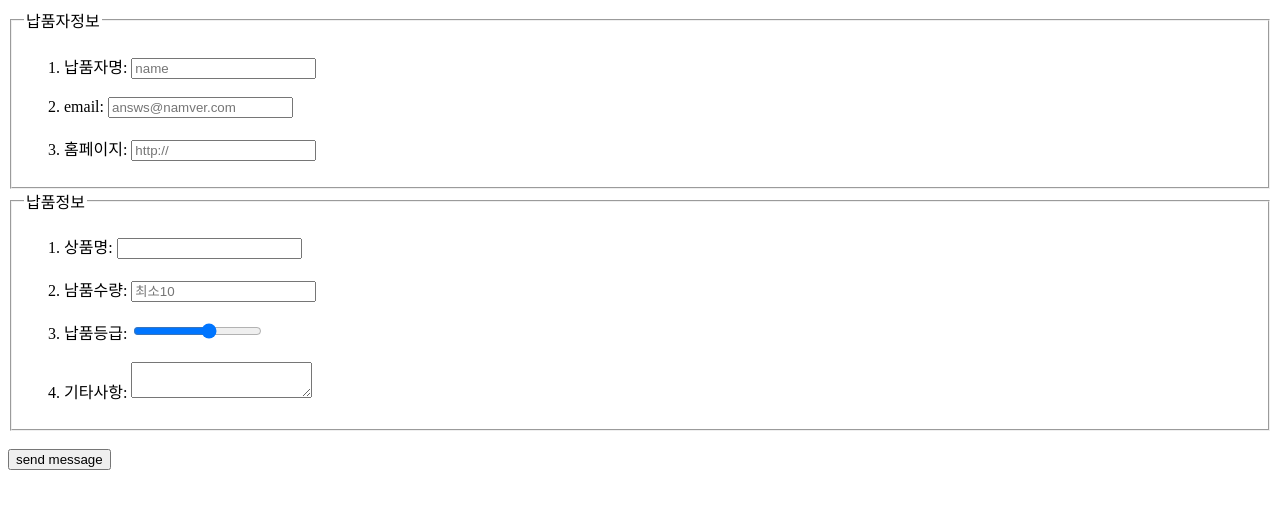
Repository: giwon8701/Qclass_KH
Page: Workspace_Java/testWebProject/WebContent/resources/views/test/productForm.html
An editor plug-in stored every save of this project. The page is shown before and after the next save, followed by the edit.
The browser window is 1280 px wide. The pictures show the whole page.

Above is the page before, as saved 2021-01-11 01:23:46.

### Workspace_Java/testWebProject/WebContent/resources/views/test/productForm.html
<!doctype html>
<html lang="ko">
<head>
<meta charset="UTF-8">
</head>

<body>
<form = "/testw/product" method="post">
	<fieldset>
		<legend>납품자정보</legend>
		<ol>
			<li>
			<label for="supplier_name">납품자명:</label>
			<input type="text" id="supplier_name" placeholder="name" autocomplete="on" required>
			</li>
			<br>
			<li>
			<label for="email">email:</label>
			<input type="text" id="email" placeholder="answs@namver.com" autocomplete="on" required>
			</li>
			<br>
			<li>
			<label for="homepage">홈페이지:</label>
			<input type="text" id="homepage" placeholder="http://" autocomplete="on" required>
			</li>
		</ol>
	</fieldset>

	<fieldset>
		<legend>납품정보</legend>
		<ol>
			<li>
			<label for="pruduct_name">상품명:</label>
			<input type="text" id="pruduct_name" autocomplete="on" required>
			</li>
			<br>
			<li>
			<label for="qty">남품수량:</label>
			<input type="text" id="qty" min=10 placeholder="최소10" autocomplete="on" required>
			</li>
			<br>
			<li>
			<label for="grade">납품등급:</label>
			<input type="range" id="grade" min="0" max="10" step="2" placeholder="http://" autocomplete="on" required>
			</li>
			<br>
			<li>
			<label for="etc">기타사항:</label>
			<textarea id="etc" placeholder="" autocomplete="on" required></textarea>
			</li>
		</ol>
	</fieldset>

	<br>
	<input type="submit" value="send message">
</form>
</body>
</html>

After the next save:
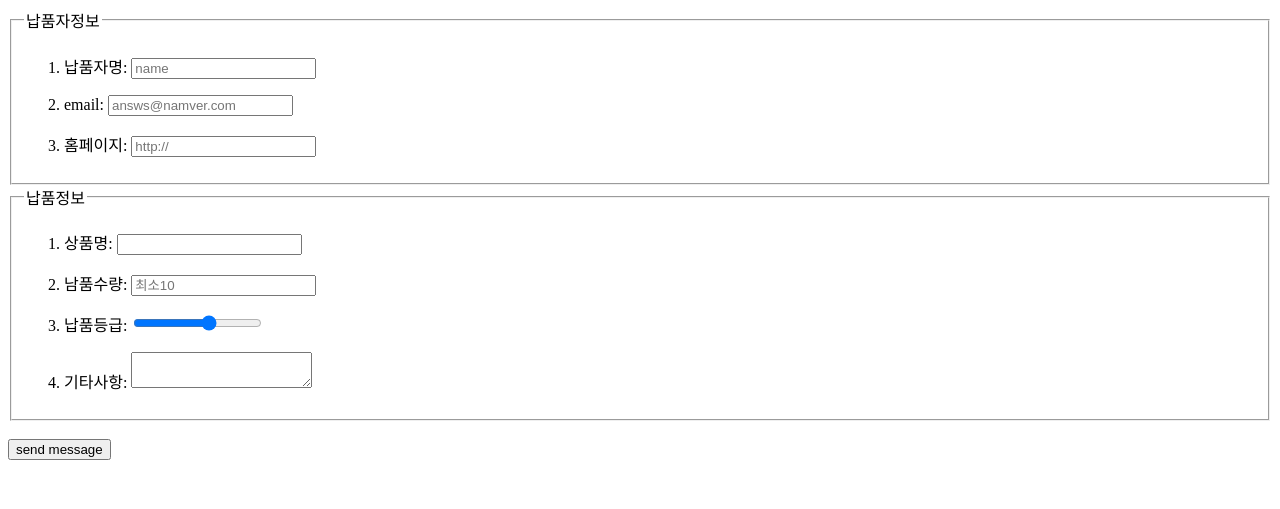
Saved 10 s later.
--- a/Workspace_Java/testWebProject/WebContent/resources/views/test/productForm.html
+++ b/Workspace_Java/testWebProject/WebContent/resources/views/test/productForm.html
@@ -13,12 +13,12 @@
 			<label for="supplier_name">납품자명:</label>
 			<input type="text" id="supplier_name" placeholder="name" autocomplete="on" required>
 			</li>
-			<br>
+			<p>
 			<li>
 			<label for="email">email:</label>
 			<input type="text" id="email" placeholder="answs@namver.com" autocomplete="on" required>
 			</li>
-			<br>
+			<p>
 			<li>
 			<label for="homepage">홈페이지:</label>
 			<input type="text" id="homepage" placeholder="http://" autocomplete="on" required>
@@ -33,17 +33,17 @@
 			<label for="pruduct_name">상품명:</label>
 			<input type="text" id="pruduct_name" autocomplete="on" required>
 			</li>
-			<br>
+			<p>
 			<li>
 			<label for="qty">남품수량:</label>
 			<input type="text" id="qty" min=10 placeholder="최소10" autocomplete="on" required>
 			</li>
-			<br>
+			<p>
 			<li>
 			<label for="grade">납품등급:</label>
 			<input type="range" id="grade" min="0" max="10" step="2" placeholder="http://" autocomplete="on" required>
 			</li>
-			<br>
+			<p>
 			<li>
 			<label for="etc">기타사항:</label>
 			<textarea id="etc" placeholder="" autocomplete="on" required></textarea>
